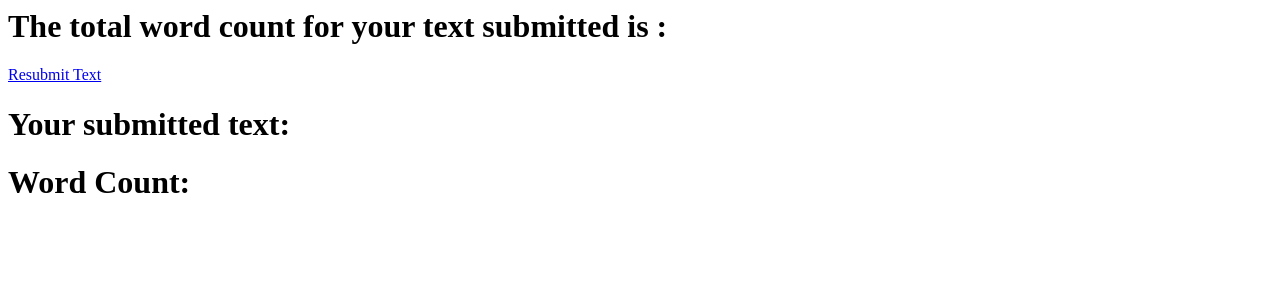
Repository: Space20001/word-count-project
Page: templates/count/counted.html
These files come from the project's save history. The page is drawn as it stood at one moment and after the next save; the edit follows.
The browser window is 1280 px wide. The pictures show the whole page.
The page is served by the project's application, run on Django 3.2 (manage.py). The template is opened directly, without the code that normally fills it, so the values that code supplies are empty.

Above is the page before, as saved 2020-04-19 22:07:05.

After the next save:
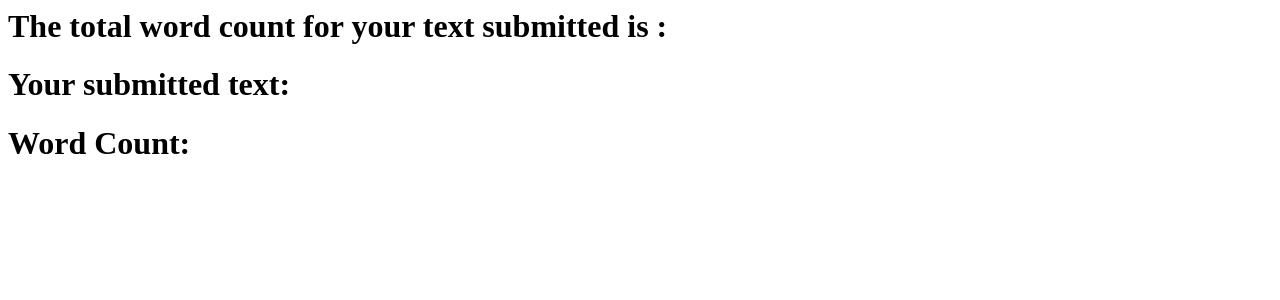
Saved 18 s later.
--- a/templates/count/counted.html
+++ b/templates/count/counted.html
@@ -1,5 +1,5 @@
 <h1>The total word count for your text submitted is {{ count }}:</h1>
-<a href="{% url 'home' %}">Resubmit Text</a>
+
 <h1>Your submitted text:</h1>
 {{ fulltext }}
 

After the save that followed:
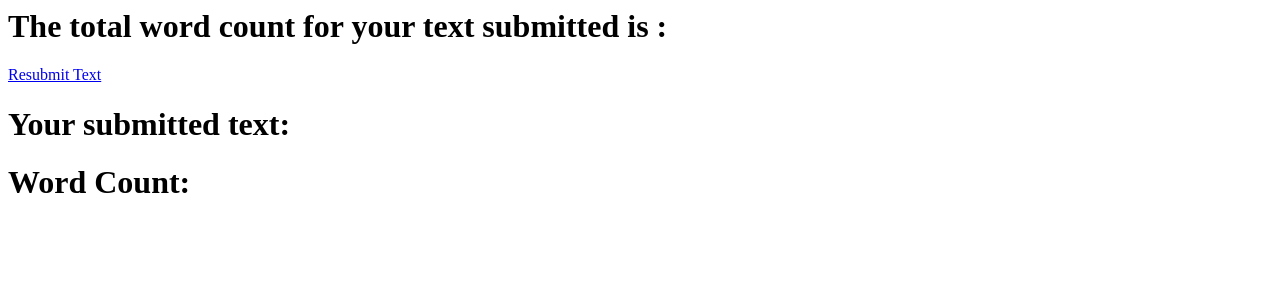
Saved 9 s later.
--- a/templates/count/counted.html
+++ b/templates/count/counted.html
@@ -1,5 +1,5 @@
 <h1>The total word count for your text submitted is {{ count }}:</h1>
-
+<a href="{% url 'home' %}">Resubmit Text</a>
 <h1>Your submitted text:</h1>
 {{ fulltext }}
 
